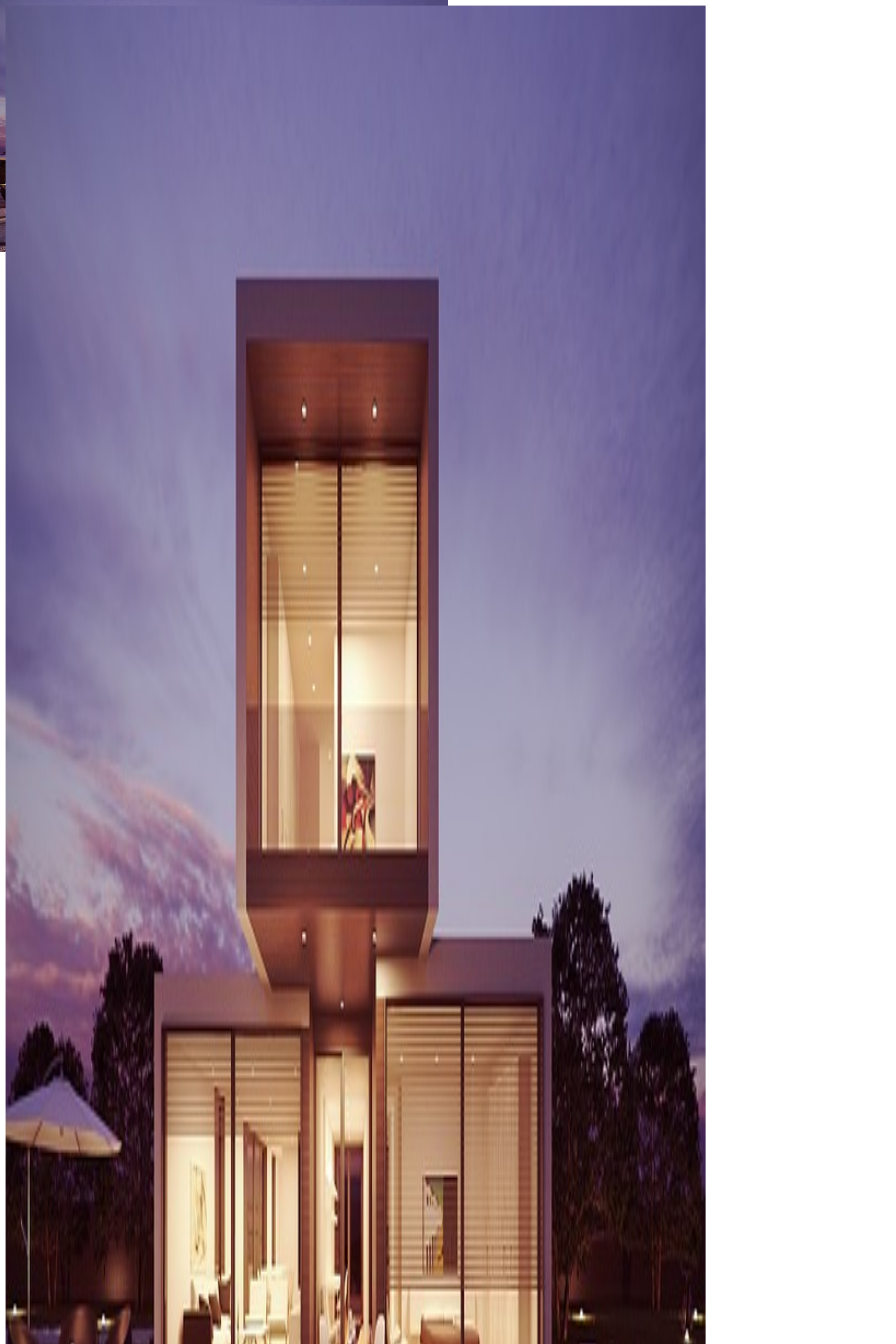
Repository: khadri2021/A2023_Task_Property_Management
Page: AdderssMakersWeb/WebContent/bottom.html
An editor plug-in stored every save of this project. The page is shown before and after the next save, followed by the edit.
The browser window is 1280 px wide. The pictures show the part of the page from y = 0 to 1920 px (the page is 2570 px tall before and 720 px after), at 70% of full size.
Backgrounds fixed to the window are drawn as part of the page.

Above is the page before, as saved 2024-02-11 11:21:32.

After the next save:
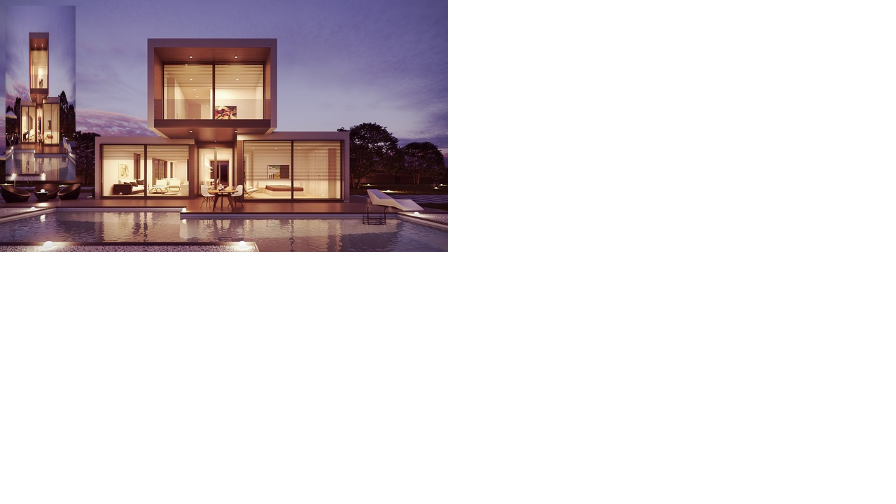
Saved 24 s later.
--- a/AdderssMakersWeb/WebContent/bottom.html
+++ b/AdderssMakersWeb/WebContent/bottom.html
@@ -26,7 +26,7 @@ body {
 <body>
 <tr>
 <td><a href="Add.jsp"> <img src="./images/home.jpg" alt=" "
-		style="width: 1000px; height: 2550px;">
+		style="width: 100px; height: 250px;">
 	</a>
 	</td>
 </tr>
